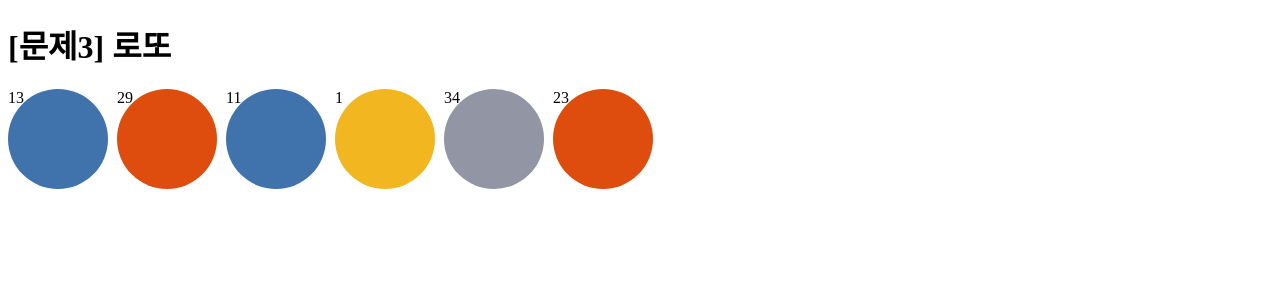
Repository: ssummini/Web
Page: JavaScript/src/main/webapp/practice/practice05-1.html
An editor plug-in stored every save of this project. The page is shown before and after the next save, followed by the edit.
The browser window is 1280 px wide. The pictures show the whole page.

Above is the page before, as saved 2024-08-22 01:29:00.

After the next save:
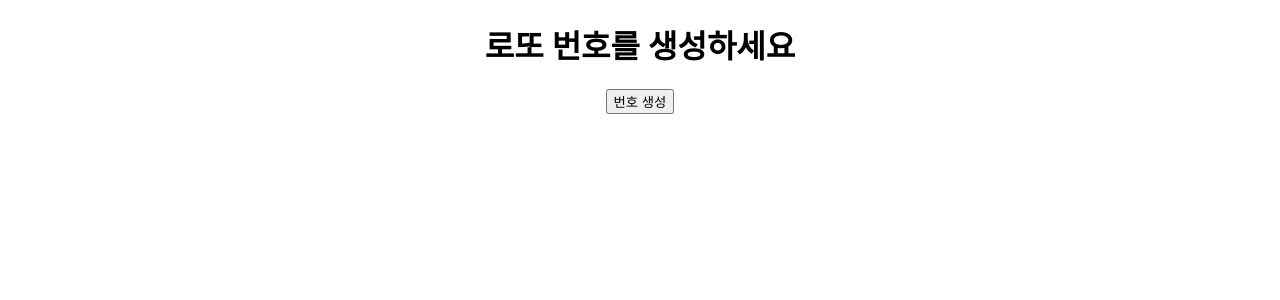
Saved 17 min 36 s later.
--- a/JavaScript/src/main/webapp/practice/practice05-1.html
+++ b/JavaScript/src/main/webapp/practice/practice05-1.html
@@ -2,87 +2,70 @@
 <html>
 <head>
 <meta charset="UTF-8">
-<title>Insert title here</title>
+<title>로또 생성</title>
 <style type="text/css">
-.lotto {
-	display: inline-block;
+body {
+    text-align: center;
+}
+
+div {
+    display: inline-flex;
     width: 100px;
     height: 100px;
-	border-radius: 50%;
-	background-color: tomato;
-	position: relative;
-	margin-right: 5px;
+    background-color: white;
+    justify-content: center;
+    align-items: center;
+    border-radius: 50px;
+    font-size: 35pt;
 }
+</style>
 
-.lotto span {
-	position: absolute;
-	left: 40px;
-	top: 18px;
-	text-align: center;
-}
+</head>
 
-</style>
-</head>
-<body onload = "start()">
-	<h1>[문제3] 로또</h1>
-	<div class="lotto"><span class="lotto2"></span></div>
-	<div class="lotto"><span class="lotto2"></span></div>
-	<div class="lotto"><span class="lotto2"></span></div>
-	<div class="lotto"><span class="lotto2"></span></div>
-	<div class="lotto"><span class="lotto2"></span></div>
-	<div class="lotto"><span class="lotto2"></span></div>
+<body>
+    <h1>로또 번호를 생성하세요</h1>
+    <input type="button" value="번호 생성" onclick="start()">
+    <br>
+    <br>
+    <div id="num1"></div>
+    <div id="num2"></div>
+    <div id="num3"></div>
+    <div id="num4"></div>
+    <div id="num5"></div>
+    <div id="num6"></div>
+
+</body>
 <script type="text/javascript">
+    function start() {
+        let arr = [];
 
-	function pickNumber() {
-		let lottoNumbers = [];
-		let number;
-		let isSame;
+        while (arr.length < 6) {
+            let result = Math.floor(Math.random() * 45 + 1);
 
-		for (let i = 0; i < 6; i++) {
-			do {
-				number = parseInt(Math.random() * 45 + 1);
-				isSame = false;
-				for (let j = 0; j < lottoNumbers.length; j++) {
-					if (number == lottoNumbers[j]) {
-						isSame = true;
-						break;
-					}
-				}
-			} while (isSame);
+            if (arr.indexOf(result) === -1) {
+                arr.push(result);
+            }
+        }
 
-			lottoNumbers.push(number);
-		}
-		console.log(lottoNumbers);
-		return lottoNumbers;
-	}
+        arr.sort(function sort(a, b) {
+            return a - b;
+        });
 
-	function start() {
-		let lottoNumbers2 = pickNumber();
-		let lottoNumbers3 = document.getElementsByClassName("lotto");
-
-		for (let i = 0; i < lottoNumbers2.length; i++) {
-			lottoNumbers3[i].innerText = lottoNumbers2[i];
-			let color = parseInt(lottoNumbers2[i] / 10);
-
-			switch(color){
-				case 0:
-					lottoNumbers3[i].style.backgroundColor = "#F2B720";
-					break;
-				case 1:
-					lottoNumbers3[i].style.backgroundColor = "#4072AC";
-					break;
-				case 2:
-					lottoNumbers3[i].style.backgroundColor = "#DE4C0E";
-					break;
-				case 3:
-					lottoNumbers3[i].style.backgroundColor = "#9195A4";
-					break;
-				case 4:
-					lottoNumbers3[i].style.backgroundColor = "#13BE4B";
-					break;
-			}
-		}
-	}
+        for (let i = 0; i < 6; i++) {
+            let div = document.getElementById("num" + (i + 1));
+            if (arr[i] < 10) {
+                div.style.backgroundColor = 'yellow';
+            } else if (arr[i] < 20) {
+                div.style.backgroundColor = 'blue';
+            } else if (arr[i] < 30) {
+                div.style.backgroundColor = 'red';
+            } else if (arr[i] < 40) {
+                div.style.backgroundColor = 'gray';
+            } else {
+                div.style.backgroundColor = 'green';
+            }
+            div.innerText = arr[i];
+        }
+    }
 </script>
-</body>
 </html>
